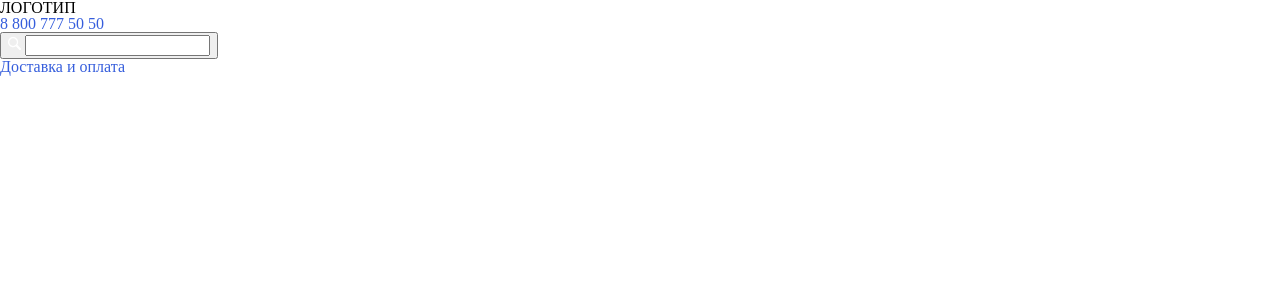
Repository: sem1103/WEBCompany
Page: index.html
The author's editor kept a copy of each file at every save. The page is drawn from the files as they stood at one save, then again after the next save.
The browser window is 1280 px wide. The pictures show the whole page.

Above is the page before, as saved 2024-01-11 18:23:56.

After the next save:
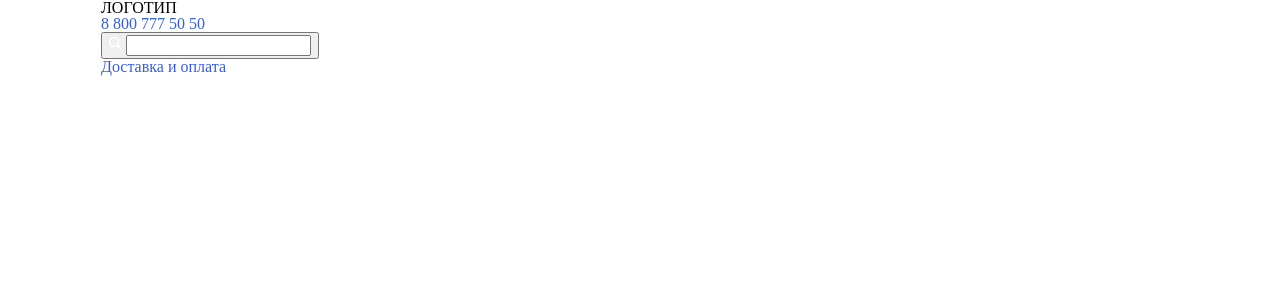
Saved 21 s later.
--- a/index.html
+++ b/index.html
@@ -11,7 +11,7 @@
 <body>
     <div id="page">
         <header>
-            <div class="header__top">
+            <div class="header__top container">
                 <div class="header__logo">
                     <span>ЛОГОТИП</span>
                 </div>
